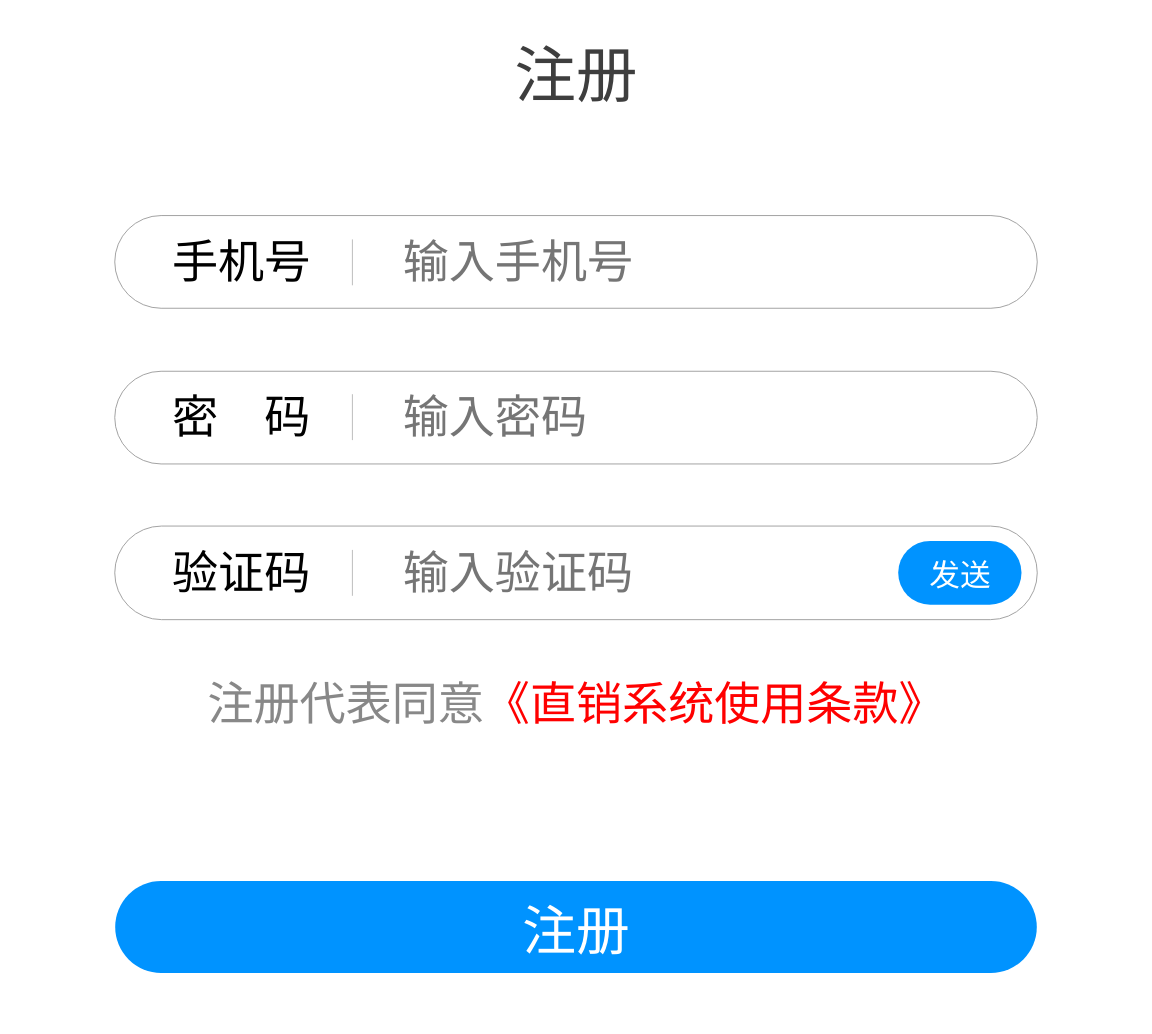
Repository: 421538074/sell
Page: consumer/find-password.html
An editor plug-in stored every save of this project. The page is shown before and after the next save, followed by the edit.
The browser window is 1280 px wide. The pictures show the whole page, at 90% of full size.

Above is the page before, as saved 2019-05-29 15:20:17.

After the next save:
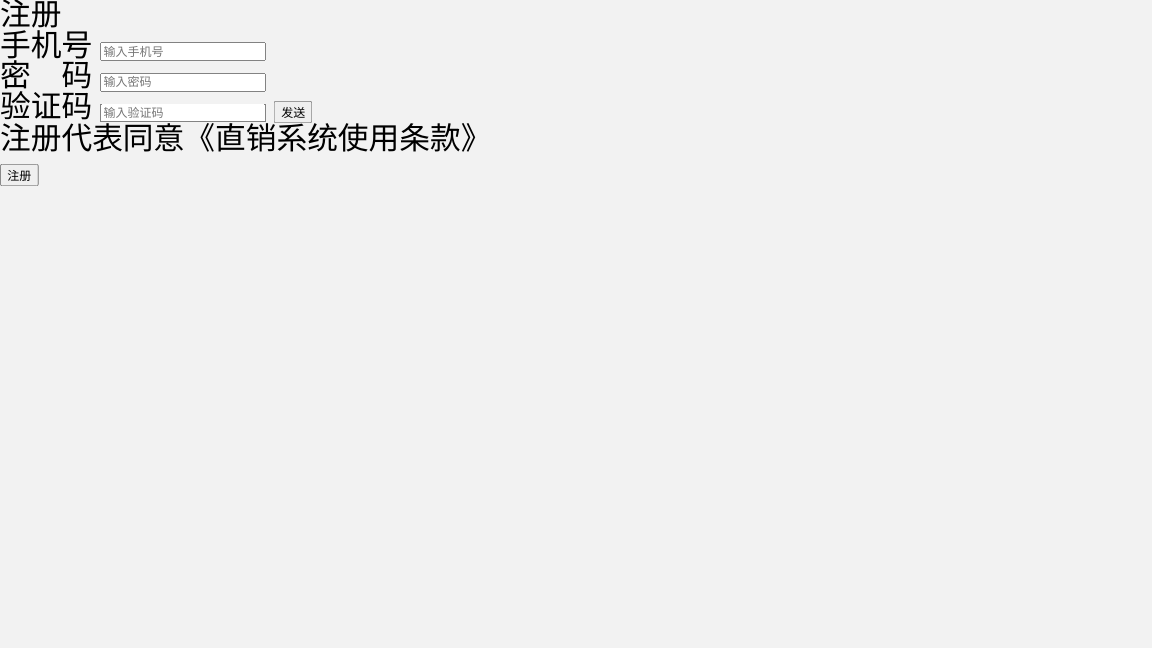
Not found: consumer/css/find-password.css
Saved 11 s later.
--- a/consumer/find-password.html
+++ b/consumer/find-password.html
@@ -6,7 +6,7 @@
     <meta name="viewport" content="width=device-width, initial-scale=1.0">
     <meta http-equiv="X-UA-Compatible" content="ie=edge">
     <link rel="stylesheet" href="../css/base.css">
-    <link rel="stylesheet" href="css/regsiter.css">
+    <link rel="stylesheet" href="css/find-password.css">
     <title>注册</title>
 </head>
 
